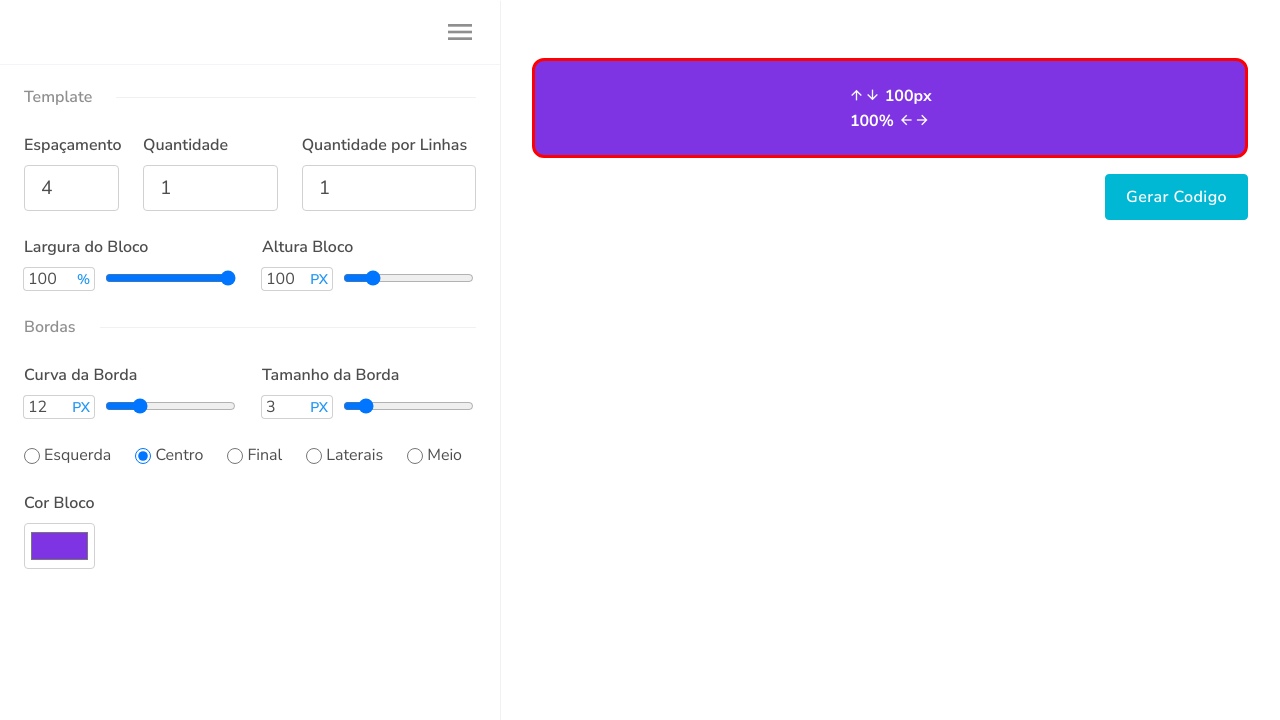
Repository: Flintdl/lowcode-elements
Page: /
The author's editor kept a copy of each file at every save. The page is drawn from the files as they stood at one save, then again after the next save.
The browser window is 1280 px wide. The pictures show the whole page.
The project was rebuilt for these pictures with package versions that can differ from the ones it lists, and the page was loaded fresh each time. Also part of the build but not shown: vue.config.js.

Above is the page before, as saved 2022-04-05 14:51:51.

After the next save:
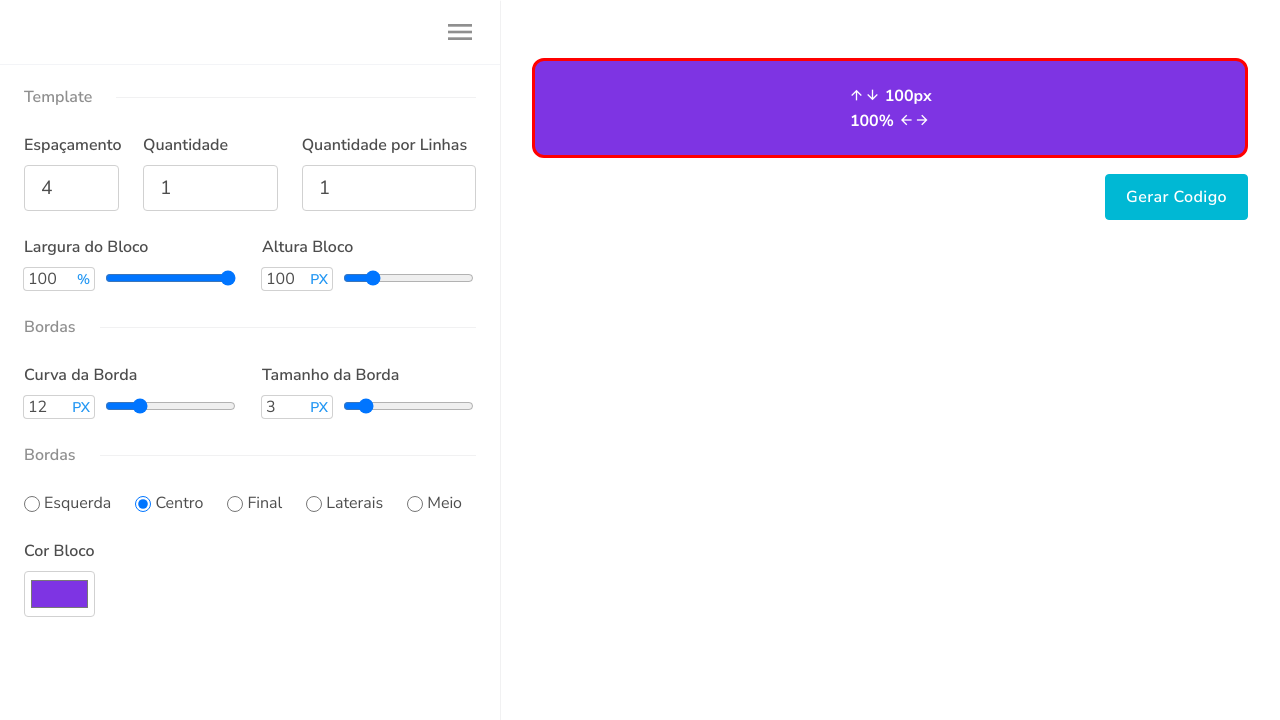
Saved 51 s later.
--- a/src/components/templates/InputPosicaoBloco.vue
+++ b/src/components/templates/InputPosicaoBloco.vue
@@ -1,5 +1,13 @@
 <template>
   <div class="sf-row">
+    <div class="sf-col-12 sf-form-group">
+      <span
+        class="sf-text-md sf-font-weight-bold sf-text-muted sf-display-flex sf-align-items-center"
+      >
+        Bordas
+        <hr class="sf-width-100 sf-ml-4" />
+      </span>
+    </div>
     <div class="sf-col-auto sf-form-group">
       <input
         id="start"
